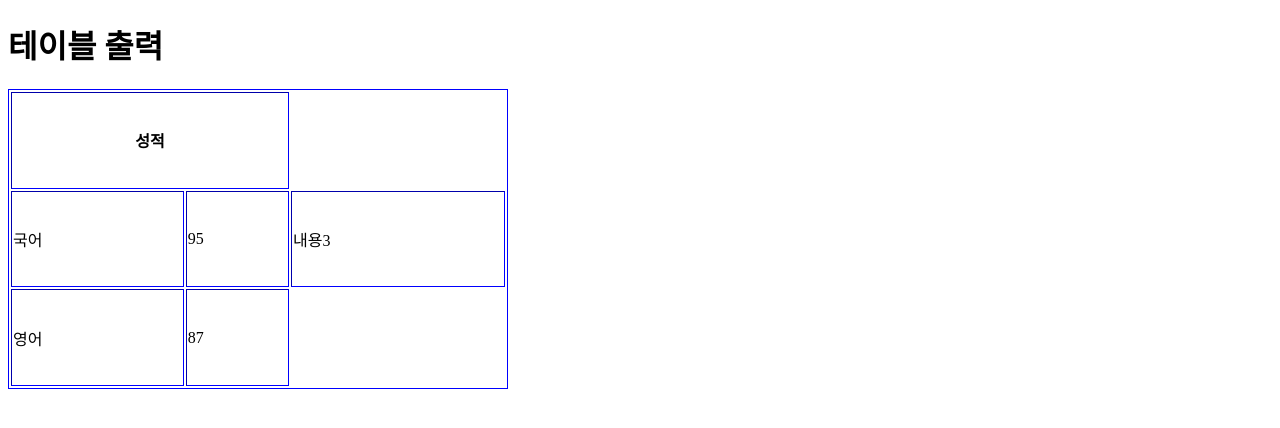
Repository: KimHeonSeung/TJE_HTML
Page: sources/day_01/WebContent/head_foot.html
These files come from the project's save history. The page is drawn as it stood at one moment and after the next save; the edit follows.
The browser window is 1280 px wide. The pictures show the whole page.

Above is the page before, as saved 2019-05-10 07:31:22.

After the next save:
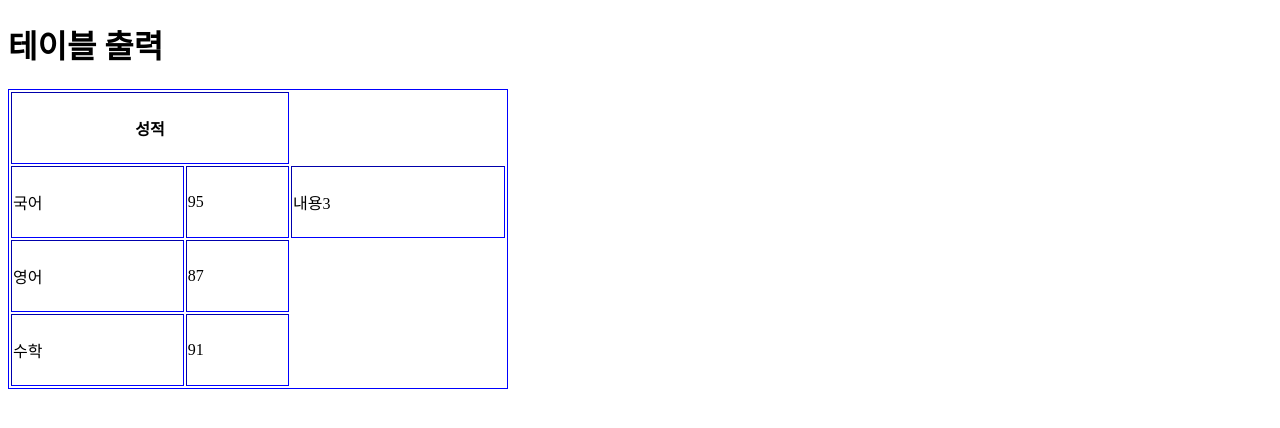
Saved 12 s later.
--- a/sources/day_01/WebContent/head_foot.html
+++ b/sources/day_01/WebContent/head_foot.html
@@ -37,6 +37,11 @@
 		<td>영어</td>
 		<td>87</td>
 	</tr>
+
+	<tr>
+		<td>수학</td>
+		<td>91</td>
+	</tr>
 </table>
 
 </body>
